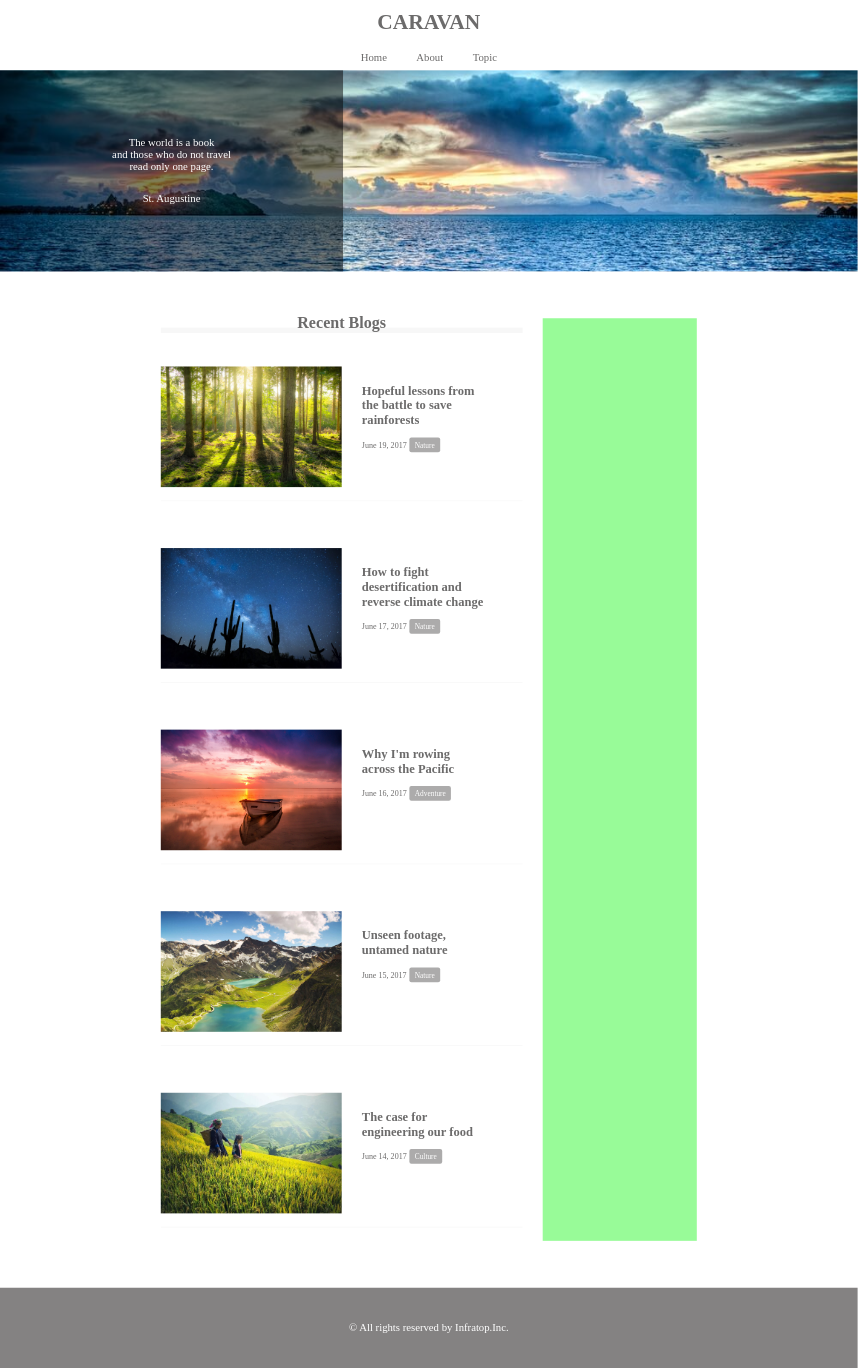
Repository: rascalNoShippo/git-practice
Page: caravan/index.html
The author's editor kept a record of every edit. The page is drawn from the files as they stood at one moment, then again after the next edit.
The browser window is 1280 px wide. The pictures show the whole page, at 67% of full size.

Above is the page before.

### caravan/index.html
<!DOCTYPE html>
<html lang="ja">
  <head>
    <meta charset="UTF-8" />
    <link rel="stylesheet" href="style.css" />
    <title>CARAVAN</title>
  </head>

  <body>
    <header>
      <h1 class="heading">
        <a href="index.html">CARAVAN</a>
      </h1>
    </header>
    <nav>
      <ul class="nav-list">
        <li class="nav-list-item">
          <a href="index.html">Home</a>
        </li>
        <li class="nav-list-item">About</li>
        <li class="nav-list-item">Topic</li>
      </ul>
    </nav>
    <div class="main-visual">
      <div class="main-visual-content">
        <div>
          <p class="main-visual-text">
            The world is a book<br>and those who do not travel<br>read only one page.
          </p>
          <p class="main-visual-name">
            St. Augustine
          </p>
        </div>
      </div>
    </div>
    <main>
      <section class="blog">
        <h2 class="blog-heading">Recent Blogs</h2>
        <div class="blog-box">
          <div class="blog-item">
            <img class="blog-image" src="image/forest.jpg" />
            <section class="blog-text">
              <h3 class="blog-text-heading">
                <a href="single.html">
                  Hopeful lessons from<br>
                  the battle to save<br>
                  rainforests
                </a>
              </h3>
              <p class="blog-date">June 19, 2017</p>
              <span class="category">Nature</span>
            </section>
          </div>
          <div class="blog-item">
            <img class="blog-image" src="image/desert.jpg" />
            <section class="blog-text">
              <h3 class="blog-text-heading">
                <a href="single.html">
                  How to fight<br>
                  desertification and<br>
                  reverse climate change
                </a>
              </h3>
              <p class="blog-date">June 17, 2017</p>
              <span class="category">Nature</span>
            </section>
          </div>
          <div class="blog-item">
            <img class="blog-image" src="image/sunset.jpg" />
            <section class="blog-text">
              <h3 class="blog-text-heading">
                <a href="single.html">
                  Why I'm rowing<br>
                  across the Pacific
                </a>
              </h3>
              <p class="blog-date">June 16, 2017</p>
              <span class="category">Adventure</span>
            </section>
          </div>
          <div class="blog-item">
            <img class="blog-image" src="image/italy.jpg" />
            <section class="blog-text">
              <h3 class="blog-text-heading">
                <a href="single.html">
                  Unseen footage,<br>
                  untamed nature
                </a>
              </h3>
              <p class="blog-date">June 15, 2017</p>
              <span class="category">Nature</span>
            </section>
          </div>
          <div class="blog-item">
            <img class="blog-image" src="image/asia.jpg" />
            <section class="blog-text">
              <h3 class="blog-text-heading">
                <a href="single.html">
                  The case for<br>
                  engineering our food
                </a>
              </h3>
              <p class="blog-date">June 14, 2017</p>
              <span class="category">Culture</span>
            </section>
          </div>
        </div>
      </section>
      <div class="sidebar">

      </section>
    </main>
    <footer>
      <p class="footer-text">© All rights reserved by Infratop.Inc.</p>
    </footer>
  </body>
</html>

### caravan/style.css
*{
  margin: 0;
  padding: 0;
  box-sizing: border-box;
}

body{
  color: #6c6b6b;
  background-color: white;
}

a{
  text-decoration: none;
  color: #6c6b6b;;
}

header {
  width: 90%;
  padding: 15px 0;
  margin: 0 auto;
  text-align: center
}

header .heading{
  font-size: 32px;
}

.nav-list{
 text-align: center;
 padding: 10px 0;
 margin: 0 auto;
 }

.nav-list-item{
  list-style: none;
  display: inline-block;
  margin: 0 20px;
}

.main-visual{
  width: 100%;
  height: 300px;
  background-image: url("image/mv.jpg");
  background-size: cover;
  background-position: center;
}

.main-visual-content{
  width: 40%;
  height: 300px;
  background-color: rgba(0,0,0,0.5);
  display: flex;
  align-items: center;
  flex-wrap: wrap;
  justify-content: center;
  text-align: center;
  color: white;
}

.main-visual-name{
  margin-top: 30px;
}

/*.main{
  width: 840px;
  height: 1400px;
  background-color: green;
  display: flex;
  justify-content: center;
  margin: 0 auto;
}*/

main{
  width: 800px;
  display: flex;
  justify-content: center;
  margin: 0 auto;
  padding: 70px 0;
}

.blog{
  width: 540px;
  margin-right: 30px;
}

.blog-heading{
  border-bottom: 8px solid #f7f7f7;
  text-align: center;
  line-height: 0.6;
}

.blog-item {
  padding: 50px 0 20px 0;
  margin-bottom: 20px;
  border-bottom: 1px solid #f7f7f7;
  display: flex;
  justify-content: flex-start;
}

.blog-text-heading{
  padding-bottom: 15px;
}

.blog-image {
  height: 180px;
}

.blog-text{
  padding: 25px 0 0 30px;
}

.blog-date {
  font-size: 12px;
  display: inline-block;
}

.category {
  display: inline-block;
  padding: 5px 8px;
  background-color: #acabab;
  border-radius: 3px;
  color: #fff;
  font-size: 11px;
}

.sidebar{
  width: 230px;
  background-color: palegreen;
}

.common-heading{
  border-bottom: 8px solid #f7f7f7;
  text-align: center;
  line-height: 0.6;
}

.sidebar-contents{
  paddng: 50px 0;
}

footer {
  width: 100%;
  height: 120px;
  text-align: center;
  line-height: 120px;
  background-color: #848282;
}

.footer-text {
  color: #fff;
}

After the next edit:
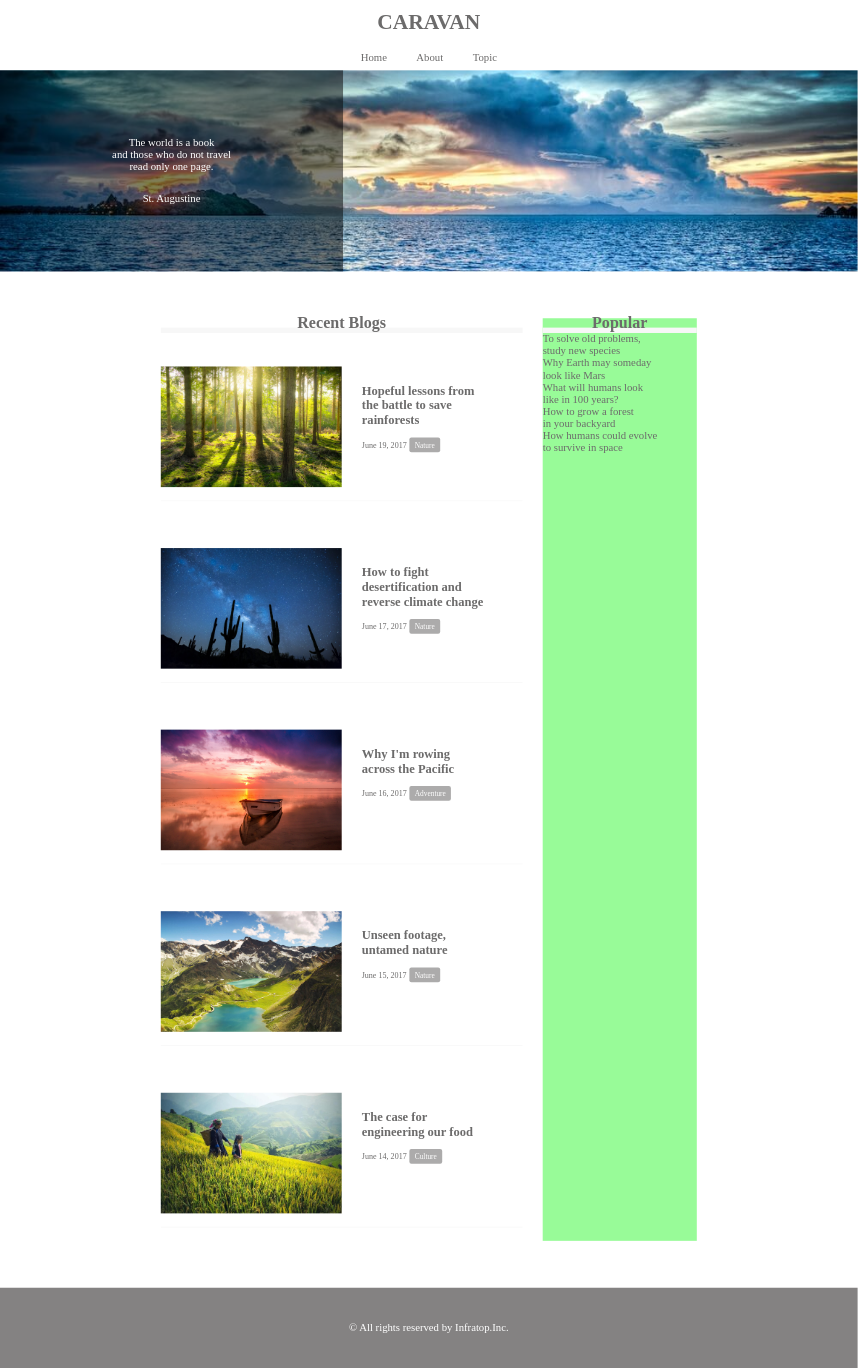
The edit:
--- a/caravan/index.html
+++ b/caravan/index.html
@@ -107,8 +107,17 @@
         </div>
       </section>
       <div class="sidebar">
-
-      </section>
+        <section class="popular">
+          <h2 class="popular-heading common-heading">Popular</h2>
+          <div class="sidebar-contents">
+            <p class="popular-text">To solve old problems,<br>study new species</p>
+            <p class="popular-text">Why Earth may someday<br>look like Mars</p>
+            <p class="popular-text">What will humans look<br>like in 100 years?</p>
+            <p class="popular-text">How to grow a forest<br>in your backyard</p>
+            <p class="popular-text">How humans could evolve<br>to survive in space</p>
+          </div>
+        </section>
+      </div>
     </main>
     <footer>
       <p class="footer-text">© All rights reserved by Infratop.Inc.</p>
